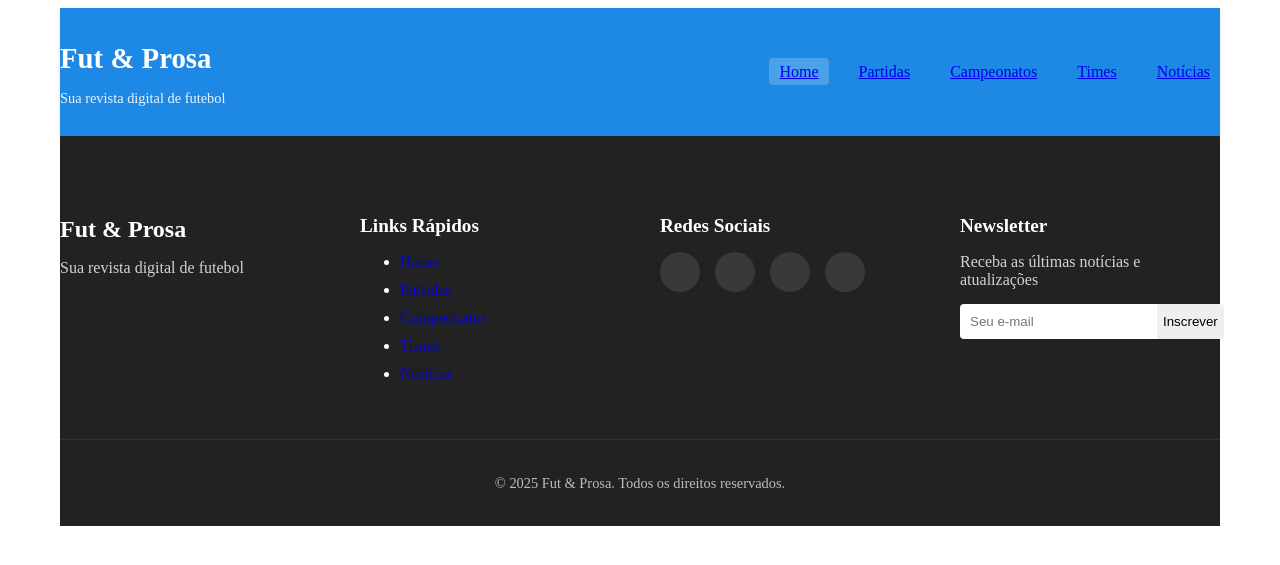
Repository: andreGattermeyer/noticias-futebol-angular
Page: / (app in projeto-fut/)
An editor plug-in stored every save of this project. The page is shown before and after the next save, followed by the edit.
The browser window is 1280 px wide. The pictures show the whole page.
The project was rebuilt for these pictures with package versions that can differ from the ones it lists, and the page was loaded fresh each time. Also part of the build but not shown: projeto-fut/angular.json.

Above is the page before, as saved 2025-04-09 14:10:14.

### projeto-fut/src/index.html
<!doctype html>
<html lang="en">
<head>
  <meta charset="utf-8">
  <title>ProjetoFut</title>
  <base href="/">
  <meta name="viewport" content="width=device-width, initial-scale=1">
  <link rel="icon" type="image/x-icon" href="favicon.ico">
  <link href="https://fonts.googleapis.com/css2?family=Roboto:wght@300;400;500&display=swap" rel="stylesheet">
  <link href="https://fonts.googleapis.com/icon?family=Material+Icons" rel="stylesheet">
</head>
<body class="mat-typography">
  <app-root></app-root>
</body>
</html>

### projeto-fut/src/app/app.component.ts
import { Component } from '@angular/core';
import { RouterOutlet } from '@angular/router';
import { HeaderComponent } from "./header/header.component";
import { FooterComponent } from "./footer/footer.component";

@Component({
  selector: 'app-root',
  imports: [RouterOutlet, HeaderComponent, FooterComponent],
  templateUrl: './app.component.html',
  styleUrl: './app.component.css'
})
export class AppComponent {
  title = 'projeto-fut';
}

### projeto-fut/src/app/app.component.html
<div class="container">

<router-outlet>

<app-header/>

<app-footer/>
</router-outlet>

</div>

### projeto-fut/src/app/app.component.css
/* Reset e estilos gerais */
* {
  margin: 0;
  padding: 0;
  box-sizing: border-box;
}

body {
  font-family: 'Segoe UI', Tahoma, Geneva, Verdana, sans-serif;
  line-height: 1.6;
  color: #333;
  background-color: #f5f5f5;
}

.container {
  max-width: 1200px;
  margin: 0 auto;
  padding: 0 20px;
}

a {
  text-decoration: none;
  color: inherit;
}

ul {
  list-style: none;
}

img {
  max-width: 100%;
}

.btn {
  display: inline-block;
  background-color: #1e88e5;
  color: white;
  padding: 10px 20px;
  border-radius: 4px;
  transition: background-color 0.3s;
}

.btn:hover {
  background-color: #1565c0;
}

.btn-small {
  display: inline-block;
  background-color: #1e88e5;
  color: white;
  padding: 6px 12px;
  border-radius: 4px;
  font-size: 0.9rem;
  transition: background-color 0.3s;
}

.btn-small:hover {
  background-color: #1565c0;
}

/* Header */
header {
  background-color: #1e88e5;
  color: white;
  padding: 15px 0;
  box-shadow: 0 2px 5px rgba(0, 0, 0, 0.1);
}

header .container {
  display: flex;
  justify-content: space-between;
  align-items: center;
}

.logo h1 {
  font-size: 1.8rem;
  margin-bottom: 5px;
}

.logo p {
  font-size: 0.9rem;
  opacity: 0.9;
}

nav ul {
  display: flex;
}

nav ul li {
  margin-left: 20px;
}

nav ul li a {
  padding: 5px 10px;
  border-radius: 4px;
  transition: background-color 0.3s;
}

nav ul li a:hover, nav ul li a.active {
  background-color: rgba(255, 255, 255, 0.2);
}

/* Hero Section with Image Overlay */
/* Hero section with text overlay */
.hero {
  width: 100%;
  margin-bottom: 40px;
}

.hero-container {
  position: relative;
  width: 100%;
  height: 500px;
  overflow: hidden;
}

.hero-image {
  width: 100%;
  height: 100%;
  object-fit: cover;
}

.hero-overlay {
  position: absolute;
  top: 0;
  left: 0;
  width: 100%;
  height: 100%;
  background: rgba(0, 0, 0, 0.6);
  display: flex;
  flex-direction: column;
  justify-content: center;
  align-items: center;
  text-align: center;
  color: white;
  padding: 0 20px;
}

.hero-overlay h2 {
  font-size: 2.8rem;
  margin-bottom: 20px;
  text-shadow: 2px 2px 4px rgba(0, 0, 0, 0.5);
}

.hero-overlay p {
  font-size: 1.2rem;
  margin-bottom: 30px;
  max-width: 700px;
  text-shadow: 1px 1px 3px rgba(0, 0, 0, 0.5);
}

.hero-overlay .btn {
  padding: 12px 30px;
  font-size: 1.1rem;
  background-color: #1e88e5;
  color: white;
  text-decoration: none;
  border-radius: 4px;
  transition: all 0.3s ease;
}

.hero-overlay .btn:hover {
  background-color: #1565c0;
  transform: translateY(-3px);
  box-shadow: 0 5px 15px rgba(0, 0, 0, 0.2);
}

/* Responsive adjustments */
@media (max-width: 768px) {
  .hero-container {
      height: 400px;
  }

  .hero-overlay h2 {
      font-size: 2.2rem;
  }

  .hero-overlay p {
      font-size: 1rem;
  }
}

@media (max-width: 480px) {
  .hero-container {
      height: 350px;
  }

  .hero-overlay h2 {
      font-size: 1.8rem;
  }
}

.partidas-hoje {
  padding: 60px 0;
}

.partidas-hoje h2, .campeonatos-destaque h2, .noticias-recentes h2 {
  text-align: center;
  margin-bottom: 40px;
  font-size: 2rem;
  color: #333;
  position: relative;
}

.partidas-hoje h2:after, .campeonatos-destaque h2:after, .noticias-recentes h2:after {
  content: '';
  display: block;
  width: 50px;
  height: 3px;
  background-color: #1e88e5;
  margin: 15px auto 0;
}

.partidas-grid {
  display: grid;
  grid-template-columns: repeat(auto-fill, minmax(300px, 1fr));
  gap: 30px;
}

.partida-card {
  background-color: white;
  border-radius: 8px;
  overflow: hidden;
  box-shadow: 0 3px 10px rgba(0, 0, 0, 0.1);
  transition: transform 0.3s;
}

.partida-card:hover {
  transform: translateY(-5px);
}

.partida-header {
  background-color: #f5f5f5;
  padding: 10px 15px;
  display: flex;
  justify-content: space-between;
  align-items: center;
  border-bottom: 1px solid #eee;
}

.campeonato {
  font-weight: bold;
  color: #555;
}

.horario {
  color: #1e88e5;
  font-weight: bold;
}

.partida-times {
  display: flex;
  justify-content: space-between;
  align-items: center;
  padding: 20px 15px;
}

.time {
  display: flex;
  flex-direction: column;
  align-items: center;
  width: 40%;
}

.time img {
  width: 60px;
  height: 60px;
  object-fit: contain;
  margin-bottom: 10px;
}

.versus {
  font-weight: bold;
  color: #777;
}

.partida-footer {
  background-color: #f5f5f5;
  padding: 10px 15px;
  display: flex;
  justify-content: space-between;
  align-items: center;
  border-top: 1px solid #eee;
}

.estadio {
  color: #777;
  font-size: 0.9rem;
}

.ver-mais {
  text-align: center;
  margin-top: 40px;
}

/* Campeonatos Section */
.campeonatos-destaque {
  padding: 60px 0;
  background-color: #e9f0f7;
}

.campeonatos-grid {
  display: grid;
  grid-template-columns: repeat(auto-fill, minmax(250px, 1fr));
  gap: 30px;
}

.campeonato-card {
  background-color: white;
  border-radius: 8px;
  overflow: hidden;
  box-shadow: 0 3px 10px rgba(0, 0, 0, 0.1);
  text-align: center;
  padding-bottom: 20px;
  transition: transform 0.3s;
}

.campeonato-card:hover {
  transform: translateY(-5px);
}

.campeonato-card img {
  width: 100%;
  height: 150px;
  object-fit: cover;
}

.campeonato-card h3 {
  margin: 15px 0 10px;
  color: #333;
}

.campeonato-card p {
  color: #777;
  font-size: 0.9rem;
  padding: 0 15px;
  margin-bottom: 15px;
}

/* Notícias Section */
.noticias-recentes {
  padding: 60px 0;
}

.noticias-grid {
  display: grid;
  grid-template-columns: repeat(auto-fill, minmax(350px, 1fr));
  gap: 30px;
}

.noticia-card {
  background-color: white;
  border-radius: 8px;
  overflow: hidden;
  box-shadow: 0 3px 10px rgba(0, 0, 0, 0.1);
  transition: transform 0.3s;
}

.noticia-card:hover {
  transform: translateY(-5px);
}

.noticia-card img {
  width: 100%;
  height: 200px;
  object-fit: cover;
}

.noticia-content {
  padding: 20px;
}

.categoria {
  display: inline-block;
  background-color: #1e88e5;
  color: white;
  padding: 3px 10px;
  border-radius: 3px;
  font-size: 0.8rem;
  margin-bottom: 10px;
}

.noticia-content h3 {
  margin-bottom: 10px;
  color: #333;
}

.noticia-content p {
  color: #777;
  margin-bottom: 15px;
  font-size: 0.95rem;
}

/* Footer */


/* Responsividade */
@media (max-width: 768px) {
  header .container {
      flex-direction: column;
  }

  .logo {
      margin-bottom: 15px;
      text-align: center;
  }

  nav ul {
      justify-content: center;
  }

  nav ul li {
      margin: 0 10px;
  }

  .hero {
      padding: 60px 0;
  }

  .hero h2 {
      font-size: 2rem;
  }

  .partidas-grid, .campeonatos-grid, .noticias-grid {
      grid-template-columns: 1fr;
  }

  .footer-content {
      grid-template-columns: 1fr;
      text-align: center;
  }

  .social-icons {
      justify-content: center;
  }

  .footer-newsletter form {
      flex-direction: column;
  }

  .footer-newsletter input {
      border-radius: 4px;
      margin-bottom: 10px;
  }

  .footer-newsletter button {
      border-radius: 4px;
  }
}

/* Fixed header styles */
header {
  position: fixed;
  top: 0;
  left: 0;
  width: 100%;
  background-color: #1e88e5; /* Changed back to your original blue color */
  color: white;
  box-shadow: 0 2px 10px rgba(0, 0, 0, 0.2);
  z-index: 1000;
  transition: all 0.3s ease;
}

/* Add padding to body to prevent content from hiding behind fixed header */
body {
  padding-top: 80px; /* Adjust this value based on your header height */
}

### projeto-fut/src/app/header/header.component.ts
import { Component } from '@angular/core';
import { RouterOutlet } from '@angular/router';

@Component({
  selector: 'app-header',
  imports: [
    RouterOutlet,

  ],
  templateUrl: './header.component.html',
  styleUrl: './header.component.css'
})
export class HeaderComponent {

}

### projeto-fut/src/app/footer/footer.component.ts
import { Component } from '@angular/core';
import { RouterOutlet } from '@angular/router';

@Component({
  selector: 'app-footer',
  imports: [
    RouterOutlet,
  ],
  templateUrl: './footer.component.html',
  styleUrl: './footer.component.css'
})
export class FooterComponent {

}

### projeto-fut/src/app/header/header.component.html

<header>
  <div class="container">
  <div class="logo">
      <h1>Fut & Prosa</h1>
      <p>Sua revista digital de futebol</p>
  </div>
  <nav>
      <ul>
          <li><a href="index.html" class="active">Home</a></li>
          <li><a href="partidas.html">Partidas</a></li>
          <li><a href="campeonatos.html">Campeonatos</a></li>
          <li><a href="times.html">Times</a></li>
          <li><a href="noticias.html">Notícias</a></li>
      </ul>
  </nav>
</div>
</header>

### projeto-fut/src/app/header/header.component.css
header {
  background-color: #1e88e5;
  color: white;
  padding: 15px 0;
  box-shadow: 0 2px 5px rgba(0, 0, 0, 0.1);
}

header .container {
  display: flex;
  justify-content: space-between;
  align-items: center;
}

.logo h1 {
  font-size: 1.8rem;
  margin-bottom: 5px;
}

.logo p {
  font-size: 0.9rem;
  opacity: 0.9;
}

nav ul {
  display: flex;
  list-style: none;
}

nav ul li {
  margin-left: 20px;
}

nav ul li a {
  padding: 5px 10px;
  border-radius: 4px;
  transition: background-color 0.3s;

}

nav ul li a:hover, nav ul li a.active {
  background-color: rgba(255, 255, 255, 0.2);
}

### projeto-fut/src/app/footer/footer.component.html
<footer>
  <div class="container">
    <div class="footer-content">
      <div class="footer-logo">
        <h2>Fut & Prosa</h2>
        <p>Sua revista digital de futebol</p>
      </div>
      <div class="footer-links">
        <h3>Links Rápidos</h3>
        <ul>
          <li><a href="index.html">Home</a></li>
          <li><a href="partidas.html">Partidas</a></li>
          <li><a href="campeonatos.html">Campeonatos</a></li>
          <li><a href="times.html">Times</a></li>
          <li><a href="noticias.html">Notícias</a></li>
        </ul>
      </div>
      <div class="footer-social">
        <h3>Redes Sociais</h3>
        <div class="social-icons">
          <a href="#"><i class="fab fa-facebook"></i></a>
          <a href="#"><i class="fab fa-twitter"></i></a>
          <a href="#"><i class="fab fa-instagram"></i></a>
          <a href="#"><i class="fab fa-youtube"></i></a>
        </div>
      </div>
      <div class="footer-newsletter">
        <h3>Newsletter</h3>
        <p>Receba as últimas notícias e atualizações</p>
        <form id="newsletter-form">
          <input type="email" name="email" id="newsletter-email" placeholder="Seu e-mail" required>
          <button type="submit" class="btn-small">Inscrever</button>
        </form>
        <div id="newsletter-message"></div>
      </div>
    </div>
    <div class="footer-bottom">
      <p>&copy; 2025 Fut & Prosa. Todos os direitos reservados.</p>
    </div>
  </div>
</footer>

### projeto-fut/src/app/footer/footer.component.css
footer {
  background-color: #222;
  color: white;
  padding: 60px 0 20px;
}

.footer-content {
  display: grid;
  grid-template-columns: repeat(auto-fit, minmax(200px, 1fr));
  gap: 40px;
  margin-bottom: 40px;
}

.footer-logo h2 {
  font-size: 1.5rem;
  margin-bottom: 10px;
}

.footer-logo p {
  opacity: 0.8;
}

.footer-links h3, .footer-social h3, .footer-newsletter h3 {
  margin-bottom: 15px;
  font-size: 1.2rem;
}

.footer-links ul li {
  margin-bottom: 10px;

}

.footer-links ul li a {
  opacity: 0.8;
  transition: opacity 0.3s;
  text-decoration: none;
}

.footer-links ul li a:hover {
  opacity: 1;
}

.social-icons {
  display: flex;
  gap: 15px;
}

.social-icons a {
  display: inline-block;
  width: 40px;
  height: 40px;
  background-color: rgba(255, 255, 255, 0.1);
  border-radius: 50%;
  display: flex;
  align-items: center;
  justify-content: center;
  transition: background-color 0.3s;
}

.social-icons a:hover {
  background-color: #1e88e5;
}

.footer-newsletter p {
  margin-bottom: 15px;
  opacity: 0.8;
}

.footer-newsletter form {
  display: flex;
}

.footer-newsletter input {
  flex: 1;
  padding: 10px;
  border: none;
  border-radius: 4px 0 0 4px;
}

.footer-newsletter button {
  border: none;
  border-radius: 0 4px 4px 0;
  cursor: pointer;

}

.footer-bottom {
  text-align: center;
  padding-top: 20px;
  border-top: 1px solid rgba(255, 255, 255, 0.1);
  opacity: 0.7;
  font-size: 0.9rem;
}

Loaded but not shown: projeto-fut/src/styles.css (common file); projeto-fut/src/main.ts (common file); projeto-fut/src/app/app.config.ts (common file); projeto-fut/src/app/app.routes.ts (common file)

After the next save:
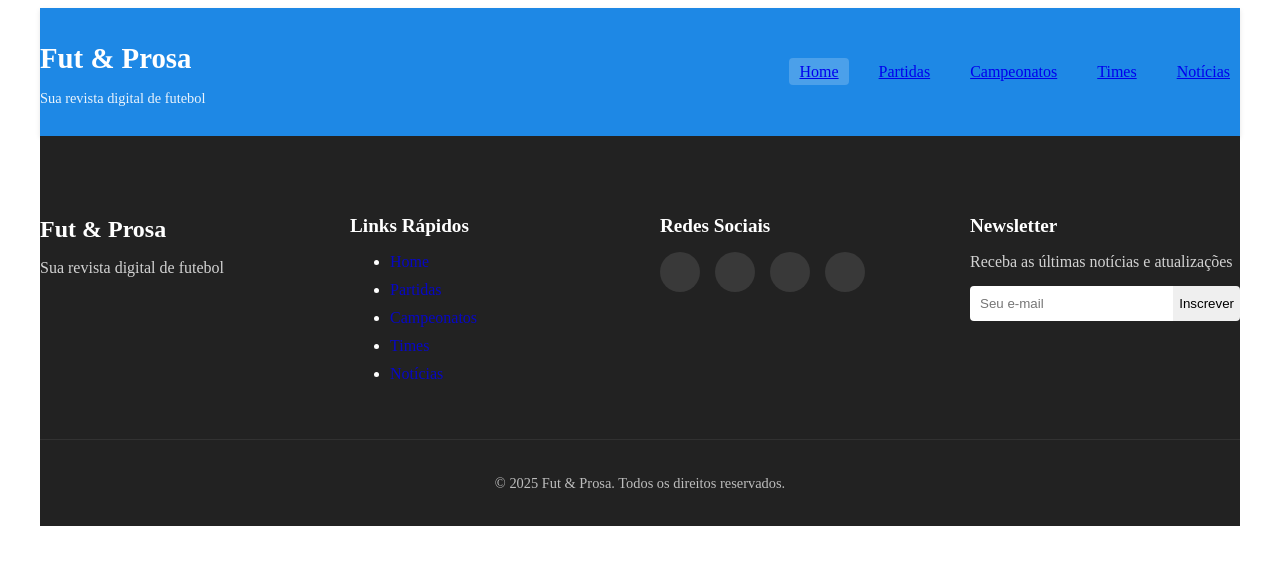
Saved 16 s later.
--- a/projeto-fut/src/app/app.component.css
+++ b/projeto-fut/src/app/app.component.css
@@ -15,7 +15,7 @@
 .container {
   max-width: 1200px;
   margin: 0 auto;
-  padding: 0 20px;
+
 }
 
 a {

After the save that followed:
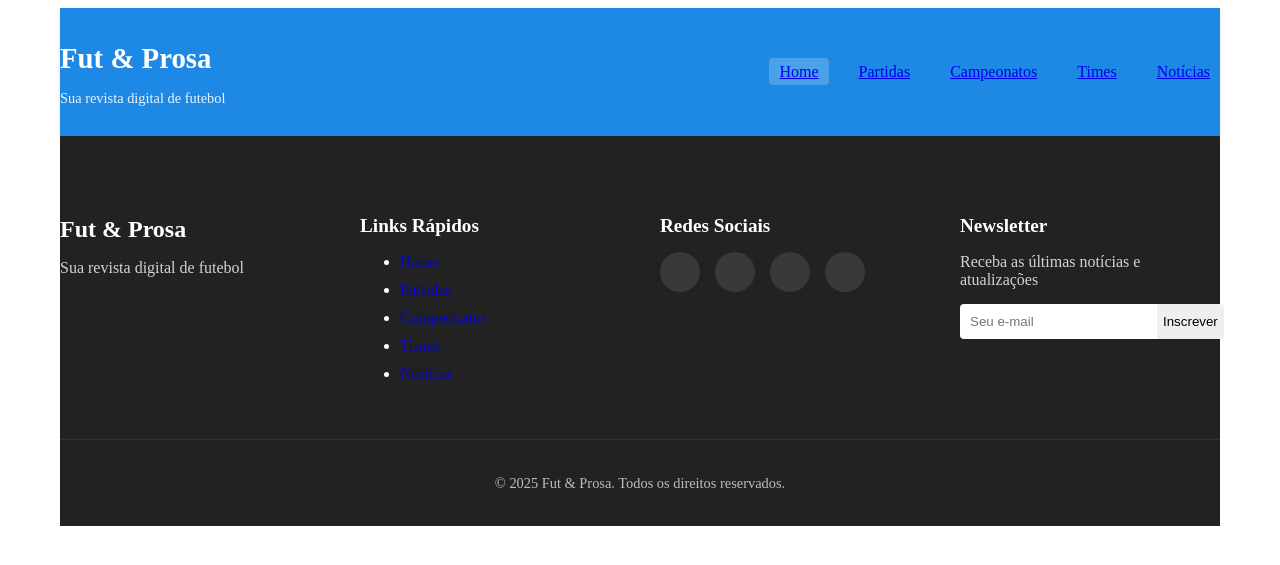
Saved 8 s later.
--- a/projeto-fut/src/app/app.component.css
+++ b/projeto-fut/src/app/app.component.css
@@ -15,7 +15,7 @@
 .container {
   max-width: 1200px;
   margin: 0 auto;
-
+  padding: 0 20px;
 }
 
 a {
